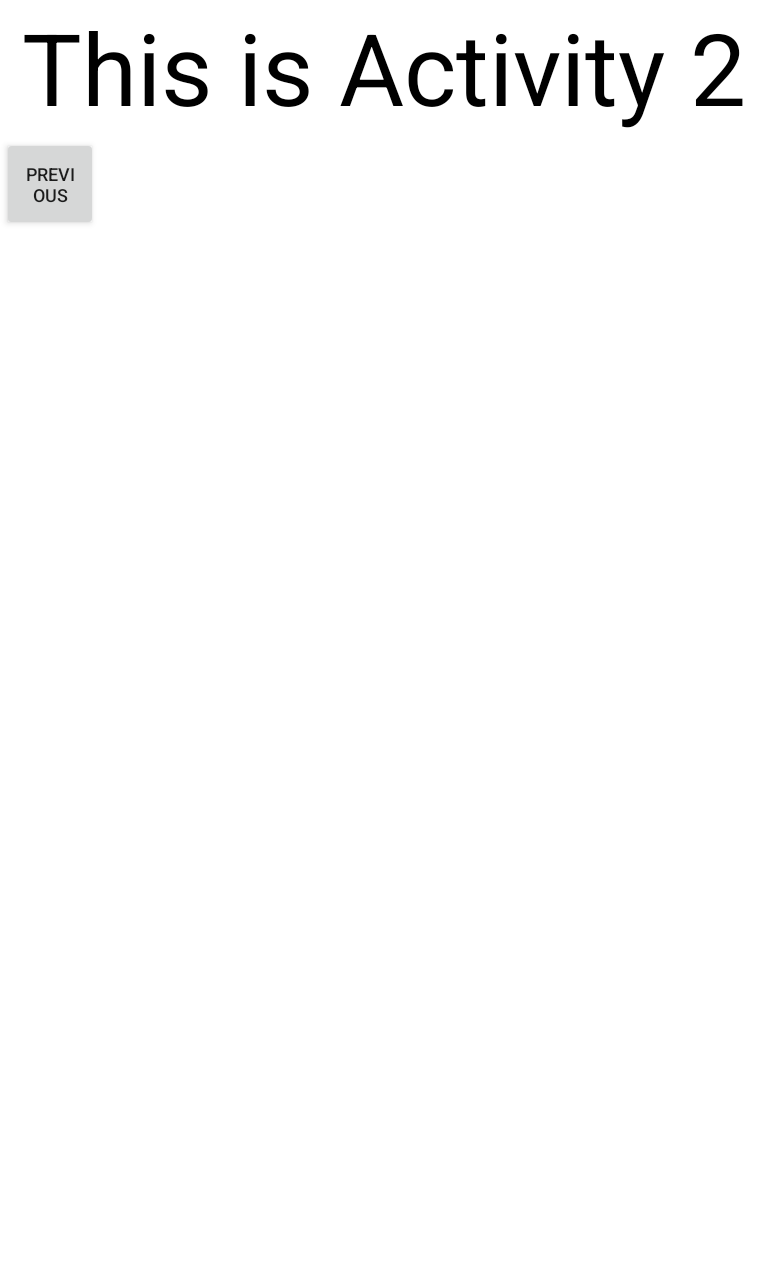
Repository: Stamenov96/NeuralNetowork
Layout: DigitRecognition/res/layout/about.xml
These files come from the project's save history. The layout is drawn as it stood at one moment and after the next save; the edit follows.
It is drawn on a 768 x 1280 px phone screen (xhdpi) without system bars, with theme AppTheme; the app's code is not run.

Above is the layout before, as saved 2015-02-13 15:21:54.

### DigitRecognition/res/layout/about.xml
<?xml version="1.0" encoding="utf-8"?>
<LinearLayout xmlns:android="http://schemas.android.com/apk/res/android"
    android:layout_width="fill_parent"
    android:layout_height="fill_parent"
    android:background="#ffffff"
    android:orientation="vertical" >

    <TextView
        android:layout_width="fill_parent"
        android:layout_height="wrap_content"
        android:text="This is Activity 2"
        android:textSize="50dp"
        android:gravity="center"
        android:textColor="#000000" />

    <Button
        android:id="@+id/Button02"
        android:layout_width="50dp"
        android:layout_height="50dp"
        android:text="Previous"

        android:textSize="18px" />

</LinearLayout>

Loaded but not shown: DigitRecognition/res/values/styles.xml (common file); DigitRecognition/res/values-v11/styles.xml (common file); DigitRecognition/res/values-v14/styles.xml (common file)

After the next save:
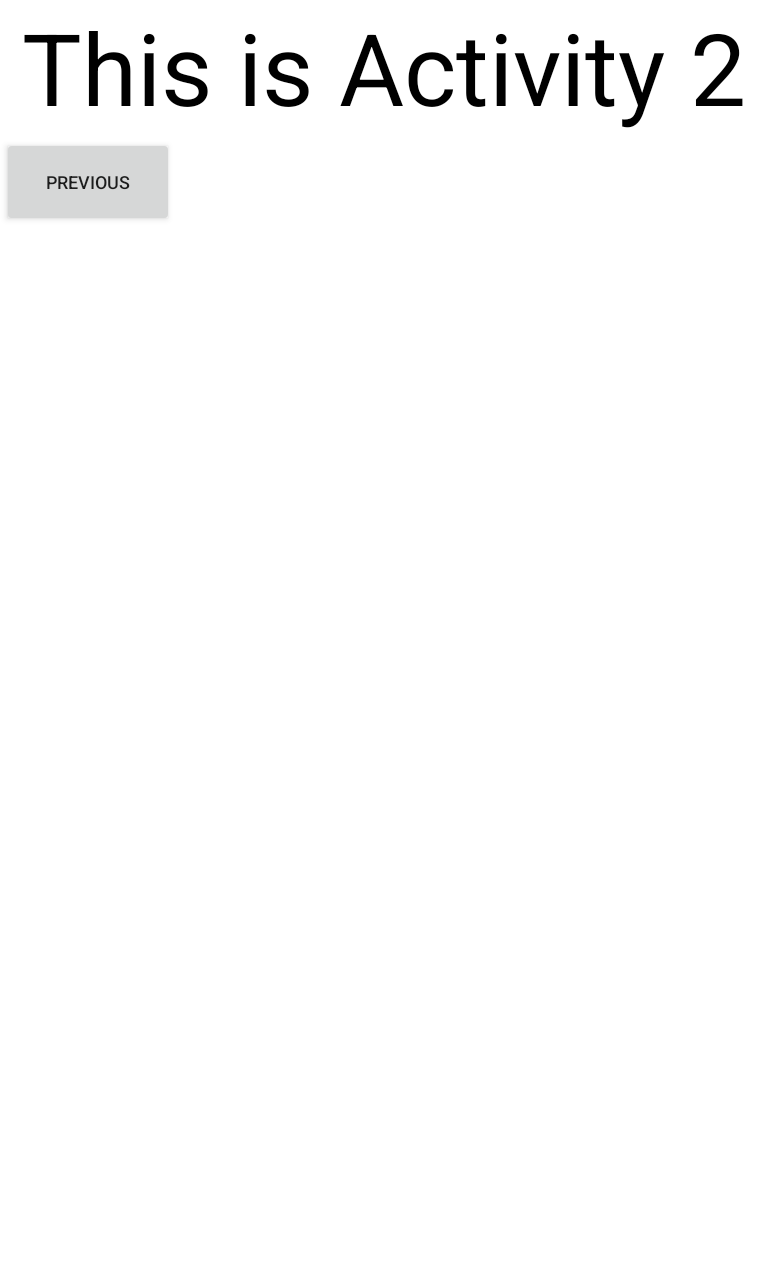
Saved 105 s later.
--- a/DigitRecognition/res/layout/about.xml
+++ b/DigitRecognition/res/layout/about.xml
@@ -15,8 +15,8 @@
 
     <Button
         android:id="@+id/Button02"
-        android:layout_width="50dp"
-        android:layout_height="50dp"
+   android:layout_width="wrap_content"
+    android:layout_height="wrap_content"
         android:text="Previous"
 
         android:textSize="18px" />
